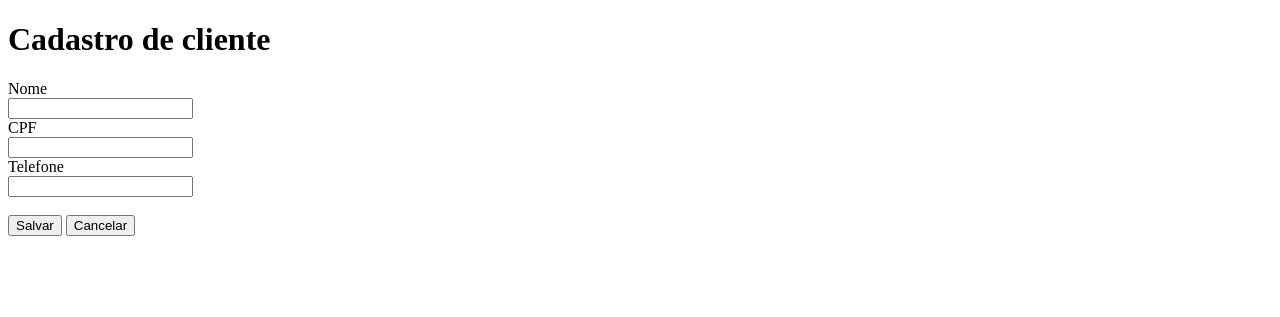
Repository: felipepalma14/Divus
Page: academiaweb/WebContent/cadastrarcliente.html
An editor plug-in stored every save of this project. The page is shown before and after the next save, followed by the edit.
The browser window is 1280 px wide. The pictures show the whole page.

Above is the page before, as saved 2015-08-15 15:37:24.

### academiaweb/WebContent/cadastrarcliente.html
<!DOCTYPE html>
<html>
<head>
<meta charset="UTF-8">
<title>Cadastro de cliente</title>
</head>
<body>
	<h1>Cadastro de cliente</h1>
	<form method="GET" action="cadastrarclienteservlet">
		<label>Nome</label><br />
		<input type="text" name="nome"/><br />

		<label>CPF</label><br />
		<input type="text" name="cpf"/><br />

		<label>Telefone</label><br />
		<input type="text" name="telefone"/><br/><br/>
		<input type="submit" value="Salvar"/>
		<a href="index.html">
			<input type="button" value="Cancelar">
		</a>
	</form>
</body>
</html>

Loaded but not shown: academiaweb/WebContent/resources/css/bootstrap.min.css (library); academiaweb/WebContent/resources/css/bootstrap-theme.min.css (library)

After the next save:
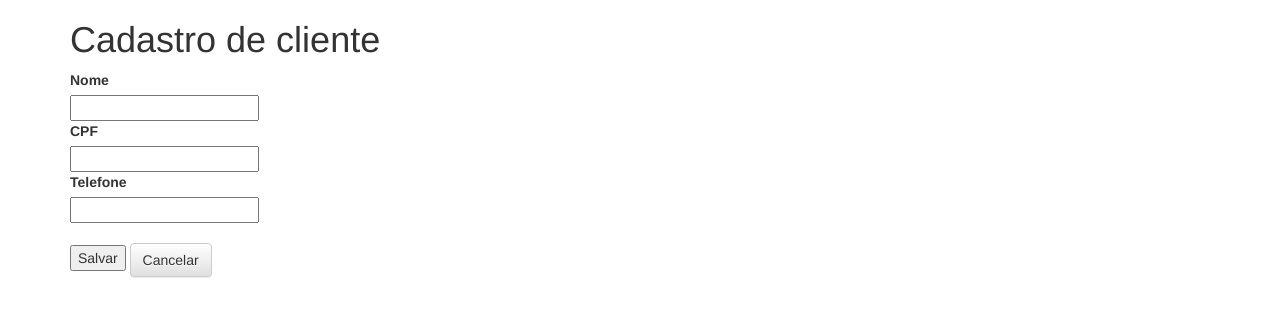
Saved 4 min 47 s later.
--- a/academiaweb/WebContent/cadastrarcliente.html
+++ b/academiaweb/WebContent/cadastrarcliente.html
@@ -1,10 +1,18 @@
 <!DOCTYPE html>
 <html>
 <head>
+
 <meta charset="UTF-8">
+
+<link rel="stylesheet" type = "text/css"  href="resources/css/bootstrap.min.css"/>
+<link rel="stylesheet" type = "text/css"  href="resources/css/bootstrap-theme.min.css"/>
+<script type="text/javascript">src = "resources/js/bootstrap.min.js"</script>
+
 <title>Cadastro de cliente</title>
+
 </head>
 <body>
+<div class = "container">
 	<h1>Cadastro de cliente</h1>
 	<form method="GET" action="cadastrarclienteservlet">
 		<label>Nome</label><br />
@@ -17,8 +25,9 @@
 		<input type="text" name="telefone"/><br/><br/>
 		<input type="submit" value="Salvar"/>
 		<a href="index.html">
-			<input type="button" value="Cancelar">
+			<input class = "btn btn-default" type="button" value="Cancelar">
 		</a>
 	</form>
+</div>
 </body>
 </html>
